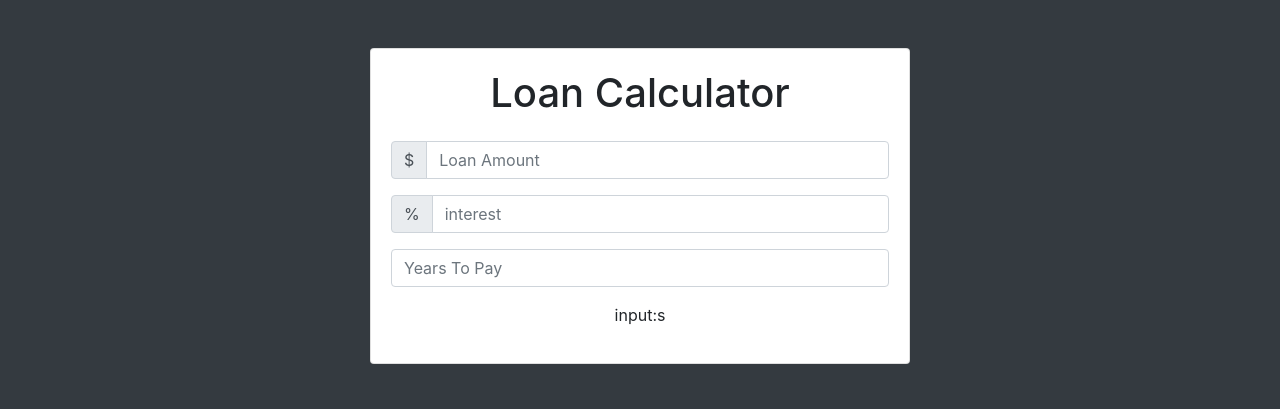
Repository: varun-project/LearningJs
Page: index.html
An editor plug-in stored every save of this project. The page is shown before and after the next save, followed by the edit.
The browser window is 1280 px wide. The pictures show the whole page.

Above is the page before, as saved 2019-07-28 17:14:16.

### index.html
<!DOCTYPE html>
<html lang="en">
  <head>
    <!-- Required meta tags -->
    <meta charset="utf-8" />
    <meta
      name="viewport"
      content="width=device-width, initial-scale=1, shrink-to-fit=no"
    />

    <!-- Bootstrap CSS -->
    <link
      rel="stylesheet"
      href="https://stackpath.bootstrapcdn.com/bootstrap/4.3.1/css/bootstrap.min.css"
      integrity="sha384-ggOyR0iXCbMQv3Xipma34MD+dH/1fQ784/j6cY/iJTQUOhcWr7x9JvoRxT2MZw1T"
      crossorigin="anonymous"
    />

    <title>Hello, world!</title>
  </head>
  <body class="bg-dark">
    <div class="container">
      <div class="row">
        <div class="col-md-6 mx-auto">
          <div class="card card-body text-center mt-5">
            <h1 class="heading display-5 pb-3">Loan Calculator</h1>
            <form id="loan-form">
              <div class="form-group">
                <div class="input-group">
                  <div class="input-group-prepend">
                    <div class="input-group-text">$</div>
                  </div>
                  <input
                    type="number"
                    class="form-control"
                    id="amount"
                    placeholder="Loan Amount"
                  />
                </div>
              </div>
              <div class="form-group">
                  <div class="input-group">
                    <div class="input-group-prepend">
                      <div class="input-group-text">%</div>
                    </div>
                    <input
                      type="number"
                      class="form-control"
                      id="interest"
                      placeholder="interest"
                    />
                  </div>
                </div>
              <div class="form-group">
                  <input
                  type="number"
                  class="form-control"
                  id="years"
                  placeholder="Years To Pay"
                />
              </div>
              <div class="form-group">
                input:s
              </div>

            </form>
          </div>
        </div>
      </div>
    </div>

    <!-- Optional JavaScript -->
    <!-- jQuery first, then Popper.js, then Bootstrap JS -->
    <script
      src="https://code.jquery.com/jquery-3.3.1.slim.min.js"
      integrity="sha384-q8i/X+965DzO0rT7abK41JStQIAqVgRVzpbzo5smXKp4YfRvH+8abtTE1Pi6jizo"
      crossorigin="anonymous"
    ></script>
    <script
      src="https://cdnjs.cloudflare.com/ajax/libs/popper.js/1.14.7/umd/popper.min.js"
      integrity="sha384-UO2eT0CpHqdSJQ6hJty5KVphtPhzWj9WO1clHTMGa3JDZwrnQq4sF86dIHNDz0W1"
      crossorigin="anonymous"
    ></script>
    <script
      src="https://stackpath.bootstrapcdn.com/bootstrap/4.3.1/js/bootstrap.min.js"
      integrity="sha384-JjSmVgyd0p3pXB1rRibZUAYoIIy6OrQ6VrjIEaFf/nJGzIxFDsf4x0xIM+B07jRM"
      crossorigin="anonymous"
    ></script>
  </body>
</html>

After the next save:
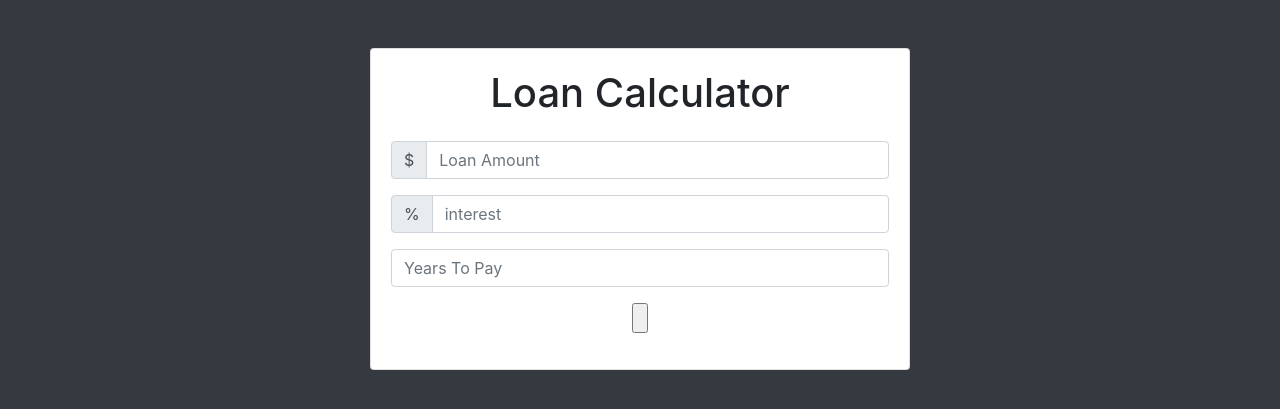
Saved 5 s later.
--- a/index.html
+++ b/index.html
@@ -60,7 +60,7 @@
                 />
               </div>
               <div class="form-group">
-                input:s
+                <input type="submit" value="">
               </div>
 
             </form>
